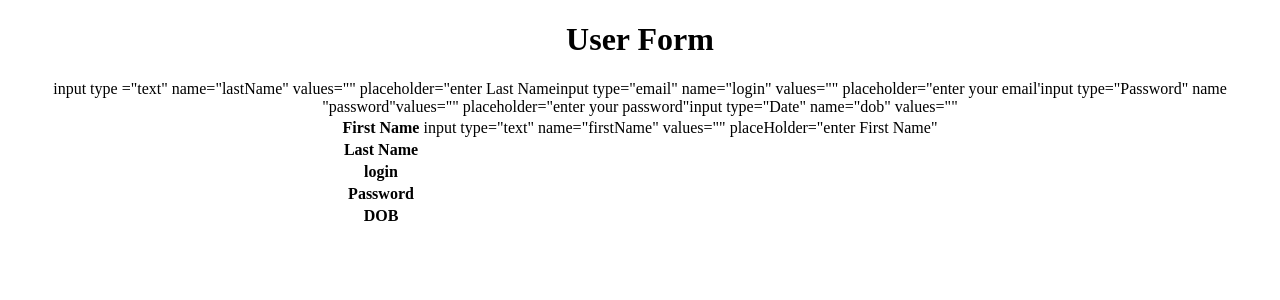
Repository: Deepak9669/JSP-Servlet
Page: http://localhost/Dynamic-Web-Project/Form.jsp
These files come from the project's save history. The page is drawn as it stood at one moment and after the next save; the edit follows.
The browser window is 1280 px wide. The pictures show the whole page.
The page is served by Tomcat 9.

Above is the page before, as saved 2025-09-28 08:22:24.

After the next save:
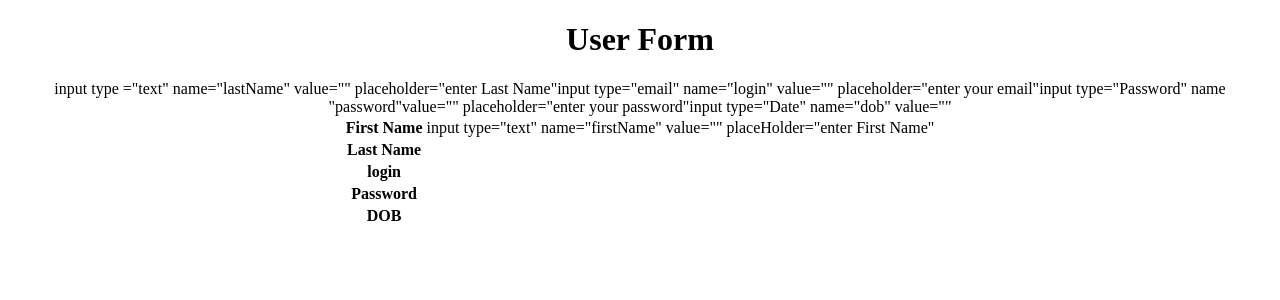
Saved 6 min 46 s later.
--- a/Dynamic-Web-Project/WebContent/Form.jsp
+++ b/Dynamic-Web-Project/WebContent/Form.jsp
@@ -17,7 +17,7 @@
 
      <th>First Name</th>
 
-     <td>input type="text" name="firstName" values=""
+     <td>input type="text" name="firstName" value=""
       placeHolder="enter First Name"</td>
 
       </tr>
@@ -25,8 +25,8 @@
       <tr>
 
        <th>Last Name</th>
-        <tb>input type ="text" name="lastName" values=""
-          placeholder="enter Last Name</tb>
+        <tb>input type ="text" name="lastName" value=""
+          placeholder="enter Last Name"</tb>
 
        </tr>
 
@@ -34,18 +34,18 @@
              <tr>
 
               <th>login</th>
-                <tb>input type="email" name="login" values=""
-                  placeholder="enter your email'</tb>
+                <tb>input type="email" name="login" value=""
+                  placeholder="enter your email"</tb>
              </tr>
 
               <tr>
               <th>Password</th>
-              <tb>input type="Password" name "password"values=""
+              <tb>input type="Password" name "password"value=""
                placeholder="enter your password"</tb>
 
                <tr>
                  <th>DOB</th>
-                  <tb>input type="Date" name="dob" values=""</tb>
+                  <tb>input type="Date" name="dob" value=""</tb>
 
               </tr>
 
